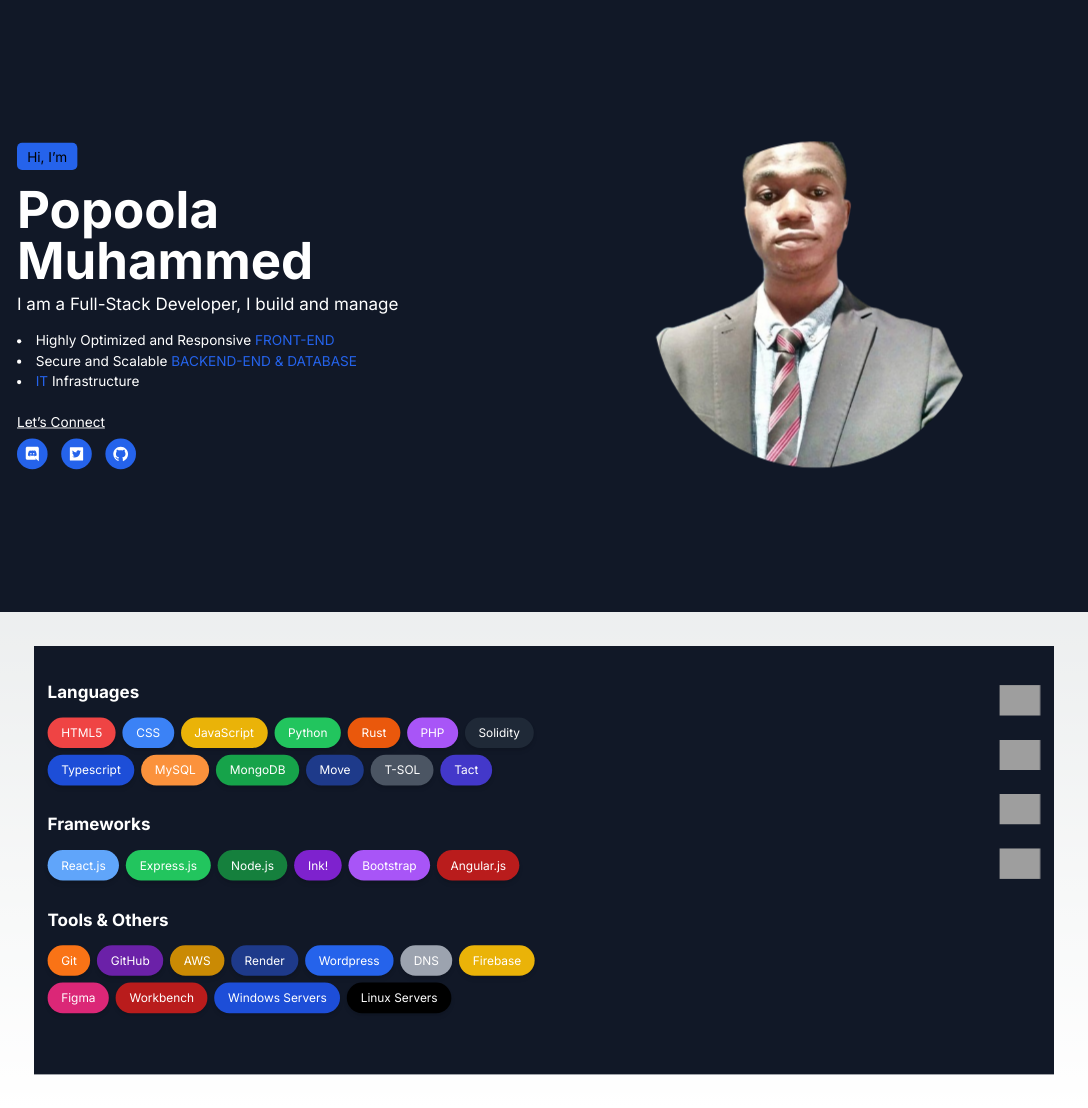
Repository: muhammedctgr/hammedctgr
Page: /
These files come from the project's save history. The page is drawn as it stood at one moment and after the next save; the edit follows.
The browser window is 1280 px wide. The pictures show the whole page, at 85% of full size.
Pictures or frames that could not be fetched are drawn as grey boxes. The project was rebuilt for these pictures with package versions that can differ from the ones it lists, and the page was loaded fresh each time. The framework's server and built-in components were replaced by stand-ins that run in the browser. Also part of the build but not shown: next.config.mjs.

Above is the page before, as saved 2024-07-31 11:08:32.

### app/layout.tsx
import type { Metadata } from "next";
import { Inter } from "next/font/google";
import "./globals.css";

const inter = Inter({ subsets: ["latin"] });

export const metadata: Metadata = {
  title: "Popoola Muhammed",
  description: "Generated by create next app",
};

export default function RootLayout({
  children,
}: Readonly<{
  children: React.ReactNode;
}>) {
  return (
    <html lang="en">
      <body className={inter.className}>{children}</body>
    </html>
  );
}

### app/page.tsx
import Head from 'next/head';
import Hero from '../components/Hero';
import SkillsSection from '@/components/SkillsSection';


const Home = () => (
  <div>
    <Head>
      <title>Popoola Muhammed</title>
      <meta name="description" content="Welcome to my developer portfolio" />
    </Head>

    <Hero />
    <SkillsSection />
  </div>
);

export default Home;

### app/globals.css
@tailwind base;
@tailwind components;
@tailwind utilities;

:root {
  --foreground-rgb: 0, 0, 0;
  --background-start-rgb: 214, 219, 220;
  --background-end-rgb: 255, 255, 255;
}

@media (prefers-color-scheme: dark) {
  :root {
    --foreground-rgb: 255, 255, 255;
    --background-start-rgb: 0, 0, 0;
    --background-end-rgb: 0, 0, 0;
  }
}

body {
  color: rgb(var(--foreground-rgb));
  background: linear-gradient(
      to bottom,
      transparent,
      rgb(var(--background-end-rgb))
    )
    rgb(var(--background-start-rgb));
}

@layer utilities {
  .text-balance {
    text-wrap: balance;
  }
}


@keyframes upDown {
  0%, 100% {
    transform: translateY(0);
  }
  50% {
    transform: translateY(-10px); /* Adjust the value as needed */
  }
}

.animate-upDown {
  animation: upDown 2s infinite ease-in-out; /* Adjust duration as needed */
}

### components/Hero.tsx
import Image from 'next/image';
import profilePic from '../public/profile.png';
import { AiFillDiscord, AiFillGithub, AiFillTwitterSquare, AiFillX } from 'react-icons/ai';

const Hero = () => {
  return (
    <section className="bg-gray-900 text-white min-h-screen flex items-center">
      <div className="container mx-auto flex flex-col md:flex-row items-center">
        <div className="flex-1 text-center md:text-left p-5">
          <div className="inline-block bg-blue-600 text-black py-1 px-3 mb-4 rounded-md">
            Hi, I’m
          </div>
          <h1 className="text-4xl md:text-6xl font-bold">Popoola Muhammed</h1>
          <p className="mt-2 text-lg md:text-xl">I am a Full-Stack Developer, I build and manage</p>
          <ul className="mt-4 list-disc list-inside">
            <li>Highly Optimized and Responsive <span className="text-blue-600">FRONT-END</span></li>
            <li>Secure and Scalable <span className="text-blue-600">BACKEND-END & DATABASE</span></li>
            <li><span className="text-blue-600">IT</span> Infrastructure</li>
          </ul>
          <div className="mt-6">
            <a href="#contact" className=" underline">Let’s Connect</a>
            <div className="mt-2 flex justify-center md:justify-start space-x-4">
              <a href="#" className="bg-blue-600 p-2 rounded-full">
                <AiFillDiscord size={20} />
              </a>
              <a href="#" className="bg-blue-600 p-2 rounded-full">
                <AiFillTwitterSquare size={20} />
              </a>
              <a href="#" className="bg-blue-600 p-2 rounded-full">
                <AiFillGithub size={20} />
              </a>
            </div>
          </div>
        </div>
        <div className="flex-1 p-5">
          <div className="relative w-48 h-48 mx-auto md:w-72 md:h-72 lg:w-96 lg:h-96">
            <Image src={profilePic} alt="Popoola Muhammed" layout="fill" className="rounded-full object-cover animate-upDown" />
          </div>
        </div>
      </div>
    </section>
  );
};

export default Hero;

### components/SkillsSection.tsx
import Image from 'next/image';
import { FC } from 'react';

interface SkillCategory {
  title: string;
  skills: { name: string; color: string }[];
}

const skills: SkillCategory[] = [
  {
    title: "Languages",
    skills: [
      { name: "HTML5", color: "bg-red-500" },
      { name: "CSS", color: "bg-blue-500" },
      { name: "JavaScript", color: "bg-yellow-500" },
      { name: "Python", color: "bg-green-500" },
      { name: "Rust", color: "bg-orange-600" },
      { name: "PHP", color: "bg-purple-500" },
      { name: "Solidity", color: "bg-gray-800" },
      { name: "Typescript", color: "bg-blue-700" },
      { name: "MySQL", color: "bg-orange-400" },
      { name: "MongoDB", color: "bg-green-600" },
      { name: "Move", color: "bg-blue-900" },
      { name: "T-SOL", color: "bg-gray-600" },
      { name: "Tact", color: "bg-indigo-700" },
    ],
  },
  {
    title: "Frameworks",
    skills: [
      { name: "React.js", color: "bg-blue-400" },
      { name: "Express.js", color: "bg-green-500" },
      { name: "Node.js", color: "bg-green-700" },
      { name: "Ink!", color: "bg-purple-700" },
      { name: "Bootstrap", color: "bg-purple-500" },
      { name: "Angular.js", color: "bg-red-700" },
    ],
  },
  {
    title: "Tools & Others",
    skills: [
      { name: "Git", color: "bg-orange-500" },
      { name: "GitHub", color: "bg-purple-800" },
      { name: "AWS", color: "bg-yellow-600" },
      { name: "Render", color: "bg-blue-900" },
      { name: "Wordpress", color: "bg-blue-600" },
      { name: "DNS", color: "bg-gray-400" },
      { name: "Firebase", color: "bg-yellow-500" },
      { name: "Figma", color: "bg-pink-600" },
      { name: "Workbench", color: "bg-red-700" },
      { name: "Windows Servers", color: "bg-blue-700" },
      { name: "Linux Servers", color: "bg-black" },
    ],
  },
];

const icons = [
  "/icons/html5.svg", // Replace with your icon paths
  "/icons/css3.svg",
  "/icons/javascript.svg",
  "/icons/python.svg",
  // Add the rest of the icons as needed
];

const SkillsSection: FC = () => {
  return (
    <section className="py-10 m-10 bg-gray-900 text-white">
      <div className="container mx-auto px-4 flex flex-col md:flex-row">
        <div className="flex-1">
          {skills.map((category) => (
            <div key={category.title} className="mb-8">
              <h2 className="text-xl font-bold mb-4">{category.title}</h2>
              <div className="flex flex-wrap gap-2">
                {category.skills.map((skill) => (
                  <span
                    key={skill.name}
                    className={`px-4 py-2 rounded-full text-sm ${skill.color} shadow-md`}
                  >
                    {skill.name}
                  </span>
                ))}
              </div>
            </div>
          ))}
        </div>
        <div className="flex-1 flex flex-col items-center md:items-end">
          <div className="grid grid-cols-3 md:grid-cols-1 gap-4">
            {icons.map((src, index) => (
              <div key={index} className="w-12 h-12 relative">
                <Image src={src} alt={`icon-${index}`} layout="fill" objectFit="contain" />
              </div>
            ))}
          </div>
        </div>
      </div>
    </section>
  );
};

export default SkillsSection;

Loaded but not shown: tailwind.config.ts (common file)

After the next save:
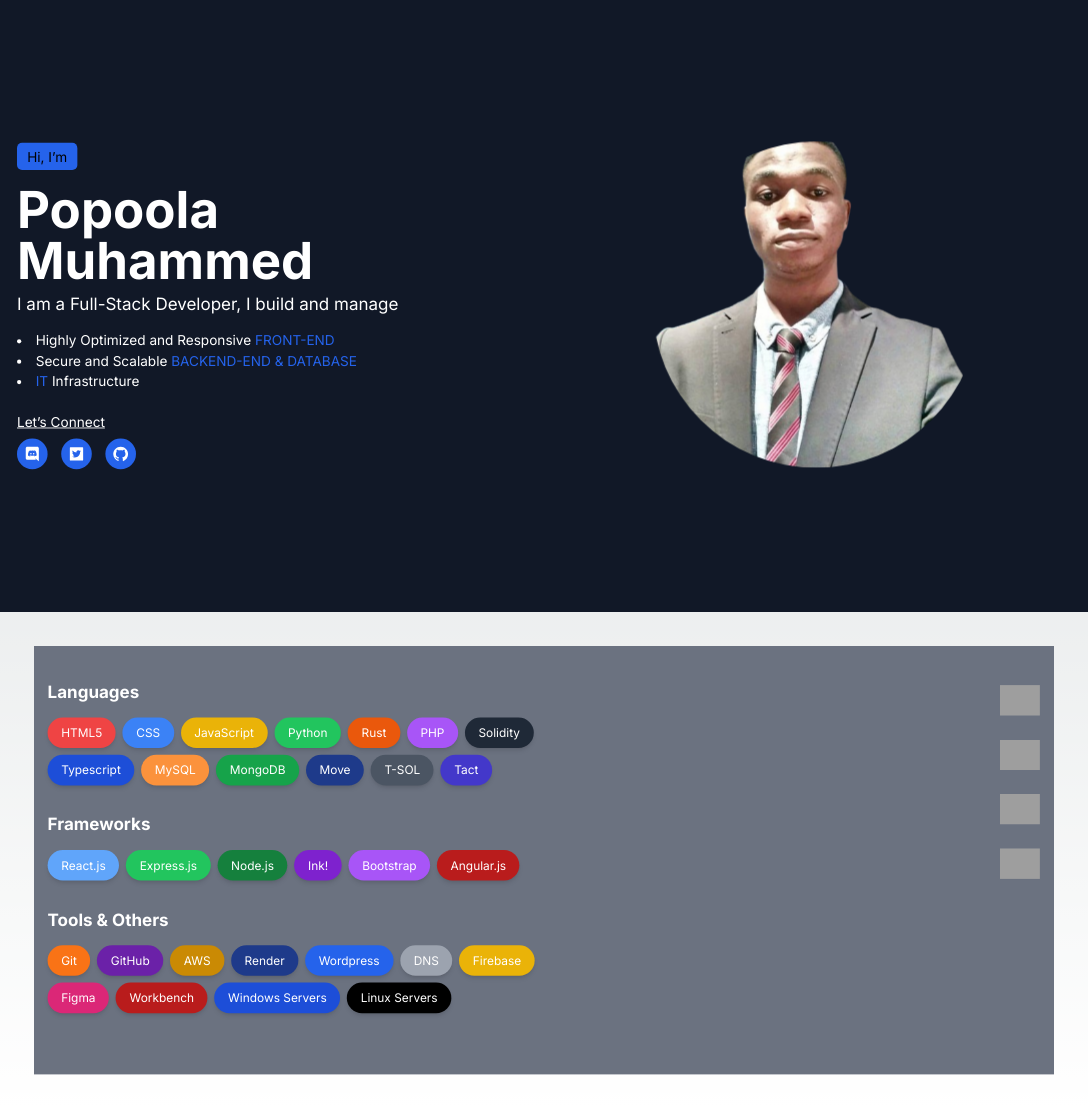
Saved 5 s later.
--- a/components/SkillsSection.tsx
+++ b/components/SkillsSection.tsx
@@ -64,7 +64,7 @@ const icons = [
 
 const SkillsSection: FC = () => {
   return (
-    <section className="py-10 m-10 bg-gray-900 text-white">
+    <section className="py-10 m-10 bg-gray-500 text-white">
       <div className="container mx-auto px-4 flex flex-col md:flex-row">
         <div className="flex-1">
           {skills.map((category) => (

After the save that followed:
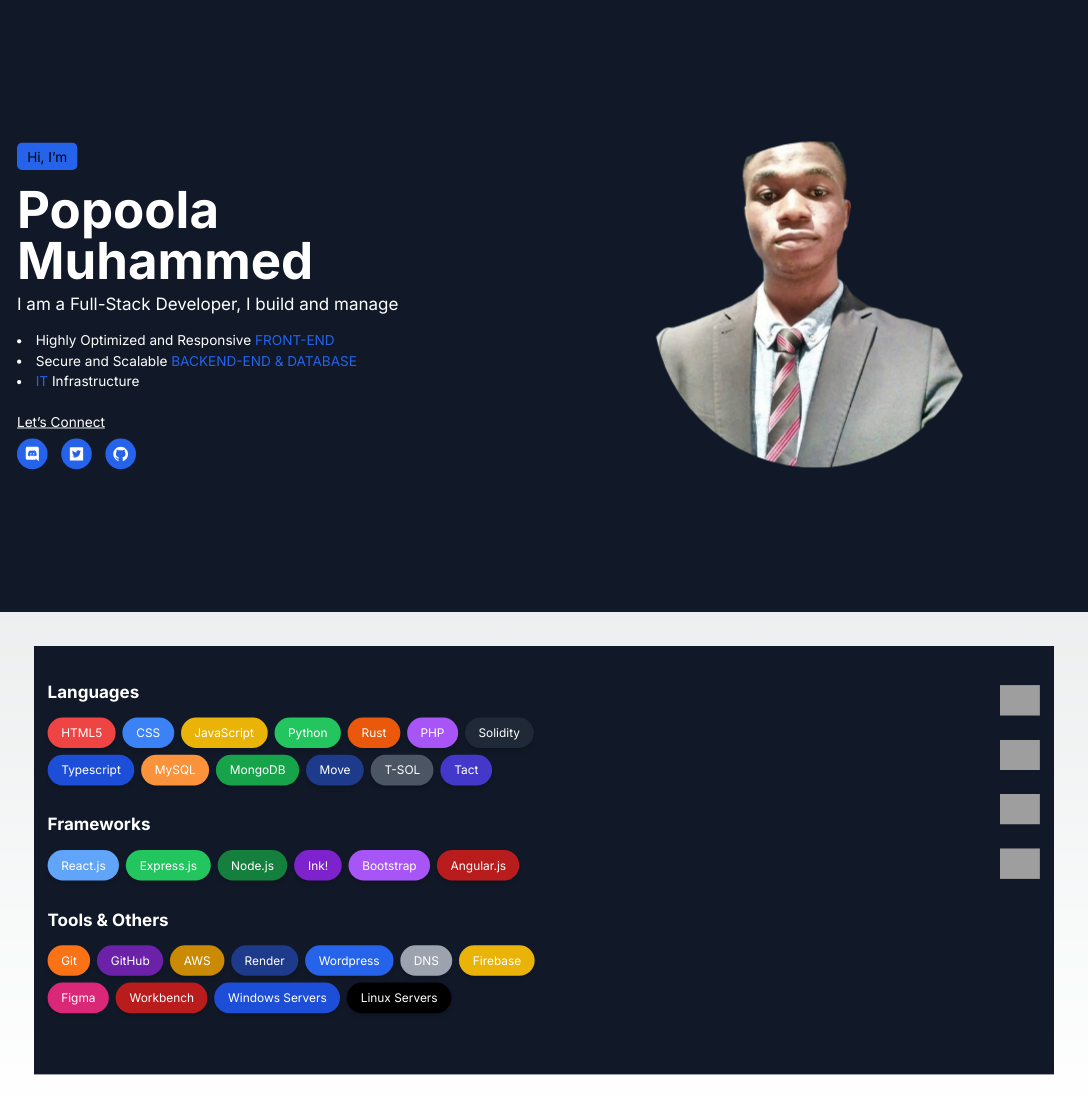
Saved 70 s later.
--- a/components/SkillsSection.tsx
+++ b/components/SkillsSection.tsx
@@ -64,7 +64,7 @@ const icons = [
 
 const SkillsSection: FC = () => {
   return (
-    <section className="py-10 m-10 bg-gray-500 text-white">
+    <section className="py-10 m-10 bg-gray-900 text-white">
       <div className="container mx-auto px-4 flex flex-col md:flex-row">
         <div className="flex-1">
           {skills.map((category) => (
